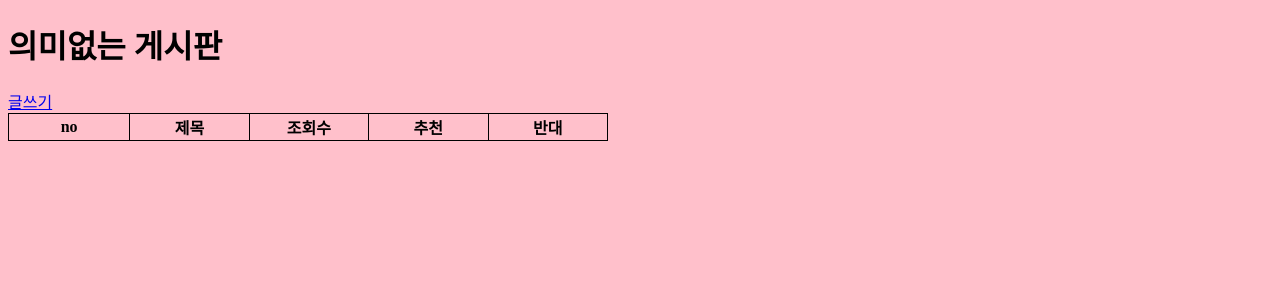
Repository: Bigdog93/WebworkspacePT
Page: http://localhost/BoardVer2/list
An editor plug-in stored every save of this project. The page is shown before and after a run of saves, followed by the edit.
The browser window is 1280 px wide. The pictures show the whole page.
The page is served by Tomcat 9. Other server files are loaded and not shown.

Above is the page before, as saved 2021-04-27 06:43:58.

### WebWorkSpace/BoardVer2/src/main/webapp/WEB-INF/jsp/list.jsp
<%@ page language="java" contentType="text/html; charset=UTF-8"
    pageEncoding="UTF-8"%>
<%@ page import="com.board.boardVO.*"%>
<%@ page import="java.util.* " %>
<%
	List<BoardVO> db = (List<BoardVO>)request.getAttribute("database");
%>
<!DOCTYPE html>
<html>
<head>
<meta charset="UTF-8">
<style>
	body {
		background-color: pink;
	}

	table, th, td {
		border : 1px solid black;
		border-collapse : collapse;
		width : 600px;
		heigth : 100%;
	}
</style>
<title>Insert title here</title>
</head>
<body>
	<h1>의미없는 게시판</h1>
	<div id="write"><a href="/write"> 글쓰기</a></div>
	<div>
		<table>
			<tr>
				<th>no</th>
				<th>제목</th>
				<th>조회수</th>
				<th>추천</th>
				<th>반대</th>
			</tr>
			<% for(int i = 0; i < db.size(); i++) { %>
			<tr>
				<td><%=db.get(i).getBoard_idx() %></td>
				<td><a href="/detail?no=<%=i %>"><%=db.get(i).getTitle() %></a></td>
				<td><%=db.get(i).getView() %></td>
				<td><%=db.get(i).getLike() %></td>
				<td><%=db.get(i).getDislike() %></td>
			<tr>
			<% } %>
		</table>
	</div>
</body>
</html>

### WebWorkSpace/BoardVer2/src/main/java/com/board/control/BoardListServlet.java
package com.board.control;

import java.io.IOException;
import javax.servlet.ServletException;
import javax.servlet.annotation.WebServlet;
import javax.servlet.http.HttpServlet;
import javax.servlet.http.HttpServletRequest;
import javax.servlet.http.HttpServletResponse;

import com.board.boardVO.Database;

@WebServlet("/list")
public class BoardListServlet extends HttpServlet {
	private static final long serialVersionUID = 1L;

	protected void doGet(HttpServletRequest request, HttpServletResponse response) throws ServletException, IOException {

		request.setAttribute("database", Database.getList());


		String url = "/WEB-INF/jsp/list.jsp";
		request.getRequestDispatcher(url).forward(request, response);
	}

	protected void doPost(HttpServletRequest request, HttpServletResponse response) throws ServletException, IOException {

	}

}

### WebWorkSpace/BoardVer2/src/main/java/com/board/boardVO/Database.java
package com.board.boardVO;

import java.util.ArrayList;
import java.util.List;

public class Database {
	private static List<BoardVO> list = new ArrayList<BoardVO>();

	public static List<BoardVO> getList() {
		return list;
	}
}

After the next 2 saves:
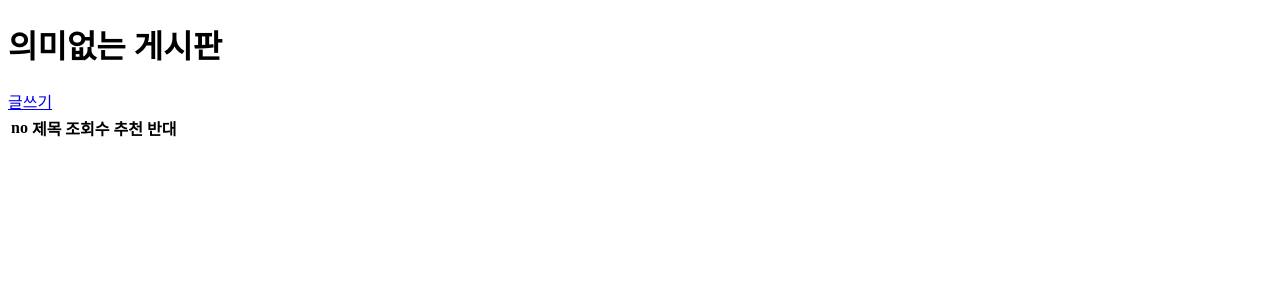
Not found: WebWorkSpace/BoardVer2/css/style.css
The 2 saves are shown as one change because they came seconds apart.
The last was saved 38 s later.
--- a/WebWorkSpace/BoardVer2/src/main/webapp/WEB-INF/jsp/list.jsp
+++ b/WebWorkSpace/BoardVer2/src/main/webapp/WEB-INF/jsp/list.jsp
@@ -9,18 +9,7 @@
 <html>
 <head>
 <meta charset="UTF-8">
-<style>
-	body {
-		background-color: pink;
-	}
-
-	table, th, td {
-		border : 1px solid black;
-		border-collapse : collapse;
-		width : 600px;
-		heigth : 100%;
-	}
-</style>
+<link href="../css/style.css" rel="stylesheet" type="text/css">
 <title>Insert title here</title>
 </head>
 <body>
